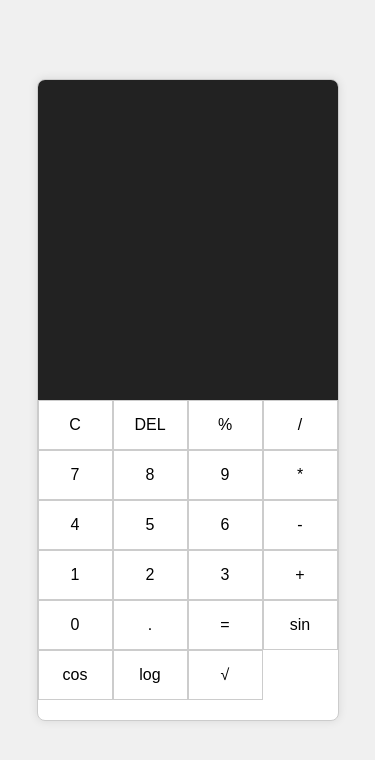
Repository: JuliusMonday/myCalculator
Page: index.html
An editor plug-in stored every save of this project. The page is shown before and after the next save, followed by the edit.
The browser window is 375 px wide. The pictures show the whole page.

Above is the page before, as saved 2024-05-31 08:23:26.

### index.html
<!DOCTYPE html>
<html lang="en">
<head>
    <meta charset="UTF-8">
    <meta name="viewport" content="width=device-width, initial-scale=1.0">
    <title>JuliusCalc - Scientific Calculator</title>
    <link rel="stylesheet" href="styles.css">
</head>
<body>
    <div class="calculator">
        <div class="display">
            <input type="text" id="result" disabled>
        </div>
        <div class="buttons">
            <button onclick="clearDisplay()">C</button>
            <button onclick="deleteChar()">DEL</button>
            <button onclick="appendChar('%')">%</button>
            <button onclick="appendChar('/')">/</button>

            <button onclick="appendChar('7')">7</button>
            <button onclick="appendChar('8')">8</button>
            <button onclick="appendChar('9')">9</button>
            <button onclick="appendChar('*')">*</button>

            <button onclick="appendChar('4')">4</button>
            <button onclick="appendChar('5')">5</button>
            <button onclick="appendChar('6')">6</button>
            <button onclick="appendChar('-')">-</button>

            <button onclick="appendChar('1')">1</button>
            <button onclick="appendChar('2')">2</button>
            <button onclick="appendChar('3')">3</button>
            <button onclick="appendChar('+')">+</button>

            <button onclick="appendChar('0')">0</button>
            <button onclick="appendChar('.')">.</button>
            <button onclick="calculate()">=</button>

            <button onclick="appendChar('Math.sin(')">sin</button>
            <button onclick="appendChar('Math.cos(')">cos</button>
            <button onclick="appendChar('Math.log(')">log</button>
            <button onclick="appendChar('Math.sqrt(')">√</button>
        </div>
    </div>
    <script src="index.js"></script>
</body>
</html>

### styles.css
/* styles.css */

body {
    display: flex;
    justify-content: center;
    align-items: center;
    height: 100vh;
    background-color: #f0f0f0;
    font-family: 'Arial', sans-serif;
    margin: 0;
}

.calculator {
    width: 300px;
    border: 1px solid #ccc;
    border-radius: 8px;
    overflow: hidden;
    box-shadow: 0 0 10px rgba(0, 0, 0, 0.1);
    background-color: #ffffff;
}

.display {
    background-color: #222;
    color: #fff;
    text-align: right;
    padding: 20px;
    font-size: 24px;
}

.display input {
    width: 100%;
    border: none;
    background: none;
    color: #fff;
    text-align: right;
    font-size: 24px;
}

.buttons {
    display: grid;
    grid-template-columns: repeat(4, 1fr);
}

button {
    padding: 20px;
    font-size: 18px;
    border: 1px solid #ccc;
    background-color: #fff;
    cursor: pointer;
    transition: background-color 0.2s;
}

button:hover {
    background-color: #f0f0f0;
}

button:active {
    background-color: #ddd;
}

/* Responsive Design */
@media (max-width: 600px) {
    .calculator {
        width: 80%;
        height: 80%;
        border-radius: 5;
    }
    .display {
        padding: 10px;
        font-size: 20px;
        height: 300px;
        padding-top: ;
    }
    button {
        padding: 15px;
        font-size: 16px;

    }

}

### index.js
// script.js

function appendChar(char) {
    document.getElementById('result').value += char;
}

function clearDisplay() {
    document.getElementById('result').value = '';
}

function deleteChar() {
    let currentDisplay = document.getElementById('result').value;
    document.getElementById('result').value = currentDisplay.slice(0, -1);
}

function calculate() {
    try {
        let expression = document.getElementById('result').value;

        // Automatically close any opened parentheses
        let openParenthesisCount = (expression.match(/\(/g) || []).length;
        let closeParenthesisCount = (expression.match(/\)/g) || []).length;
        let missingCloseParenthesis = openParenthesisCount - closeParenthesisCount;

        for (let i = 0; i < missingCloseParenthesis; i++) {
            expression += ')';
        }

        let result = eval(expression);
        document.getElementById('result').value = result;
    } catch (error) {
        document.getElementById('result').value = 'Error';
    }
}

After the next save:
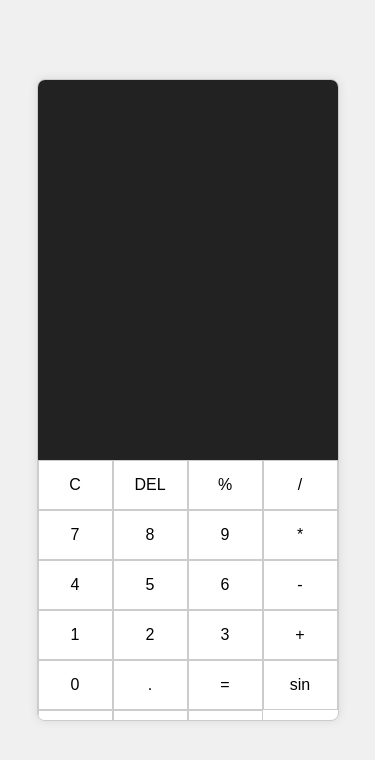
Saved 12 s later.
--- a/styles.css
+++ b/styles.css
@@ -69,7 +69,7 @@ button:active {
         padding: 10px;
         font-size: 20px;
         height: 300px;
-        padding-top: ;
+        padding-top: 70px;
     }
     button {
         padding: 15px;
